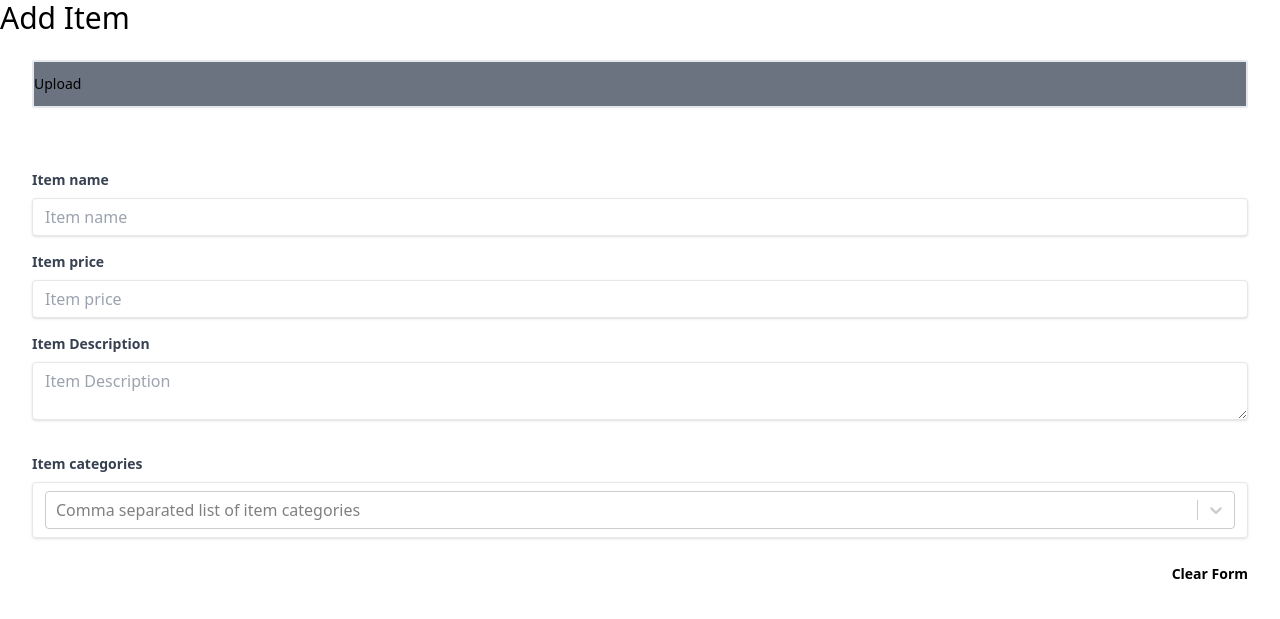
Repository: DevLaukey/mamaz
Page: /add_inventory
An editor plug-in stored every save of this project. The page is shown before and after the next save, followed by the edit.
The browser window is 1280 px wide. The pictures show the whole page.
The page's requests for data from a server got no answer. The project was rebuilt for these pictures with package versions that can differ from the ones it lists, and the page was loaded fresh each time. The framework's server and built-in components were replaced by stand-ins that run in the browser. No one was signed in, and anything a server would have sent is missing. Also part of the build but not shown: next.config.js.

Above is the page before, as saved 2022-10-01 10:00:59.

After the next save:
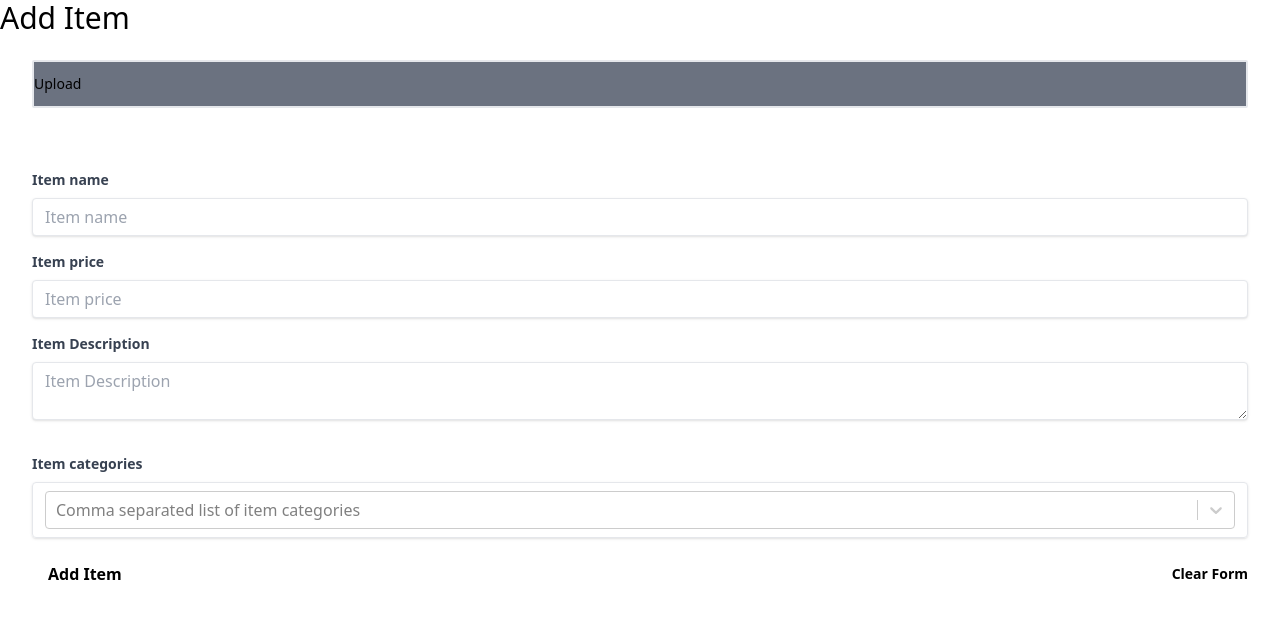
Saved 62 s later.
--- a/pages/add_inventory.js
+++ b/pages/add_inventory.js
@@ -183,7 +183,7 @@ const add_inventory = () => {
             <div className="flex items-center justify-between mt-4">
               <button
                 onClick={addItem}
-                className="bg-primary hover:bg-black text-white font-bold py-2 px-4 rounded focus:outline-none focus:shadow-outline"
+                className="bg-primary hover:bg-black hover:text-white font-bold py-2 px-4 rounded focus:outline-none focus:shadow-outline"
                 type="button"
               >
                 Add Item
